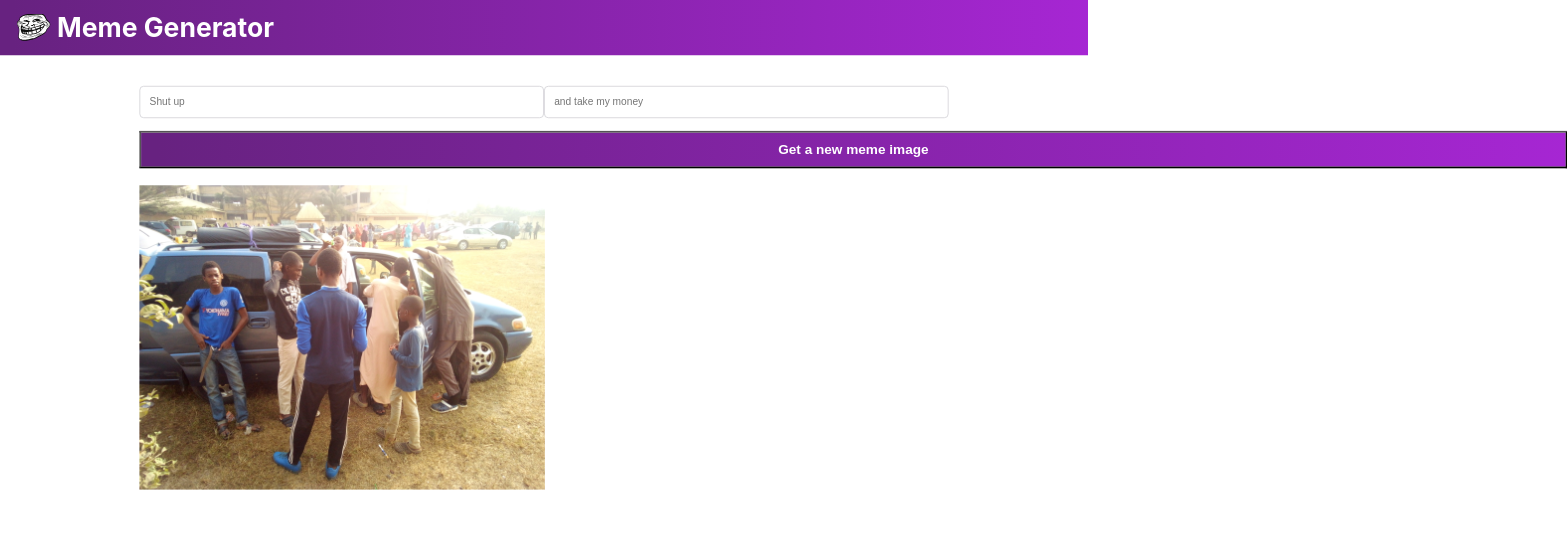
Repository: BuduCE/meme-generator
Page: /
An editor plug-in stored every save of this project. The page is shown before and after a run of saves, followed by the edit.
The browser window is 1280 px wide. The page is 1844 px wide, so the pictures cover 1844 px, including what lies to the right of the window. The pictures show the whole page, at 85% of full size.
The project was rebuilt for these pictures with package versions that can differ from the ones it lists, and the page was loaded fresh each time.

Above is the page before, as saved 2022-08-31 11:43:27.

### src/index.css
*{
  box-sizing: border-box;
  margin: 0;
  padding: 0;
}
body {
  margin: 0;
  font-family: -apple-system, BlinkMacSystemFont, 'Segoe UI', 'Roboto', 'Oxygen',
    'Ubuntu', 'Cantarell', 'Fira Sans', 'Droid Sans', 'Helvetica Neue',
    sans-serif;
  -webkit-font-smoothing: antialiased;
  -moz-osx-font-smoothing: grayscale;
}

code {
  font-family: source-code-pro, Menlo, Monaco, Consolas, 'Courier New',
    monospace;
}

### src/App.js
import './App.css';
import Meme from './components/Meme';
import Title from './components/Title';

function App() {

  return (
    <div className="App">
      <Title />
      <Meme />
    </div>
  );
}

export default App;

### src/components/Meme/index.jsx
import './styles.css'
import image from './image.jpg'
// import memesData from '../../memesData'

const Meme = () => {
    // const displayUrl =()=>{
    //     const memes = memesData.data.memes
    //     const urlLen = Math.floor(Math.random() * memes.length)
    //     const urlAddress = memes[urlLen].url
    //     alert(urlAddress)
    // }

    const thingsArray = ['Thing 1', 'Thing 2']
    const thingsElement = thingsArray.map( thing => <p key={thing}></p>)
    const displayThings = () => {
        const newText = `Thing ${thingsArray.length + 1}`
        thingsArray.push(newText)
        console.log(thingsArray)
    }

  return (
    <div className='form'>
        <div className="meme-txt">
            <input type="text" placeholder='Shut up' className='meme-input'/>
            <input type="text" placeholder='and take my money' className='meme-input'/>
        </div>

        <button className='meme-btn' onClick={displayThings}>Get a new meme image</button>

        {thingsElement}

        <img src={image} alt="" />
    </div>
  )
}

export default Meme

### src/components/Title/index.jsx
import './styles.css'
import TrollFace from './TrollFace.svg'

const Title = () => {
  return (
    <div className='Title'>
        <img src={TrollFace} alt="" />
        <h2>Meme Generator</h2>
    </div>
  )
}

export default Title

### src/components/Meme/styles.css
.form{
    padding: 36px;
    width: 80%;
    margin: auto;
}
.meme-txt{
    display: flex;
    justify-content: space-between;
    margin-bottom: 15px;
}
.meme-input{
    padding: 11px;
    font-size: 0.75rem;
    font-weight: 400;
    /* width: 14.375rem; */
    width: 40rem;
    border: 1px solid #D5D4D8;
    border-radius: 5px;
}
.meme-btn{
    /* width: 29.8rem; */
    width: 105rem;
    margin: auto;
    padding: 11px;
    color: #fff;
    font-size: 1rem;
    font-weight: 700;
    background: linear-gradient(90deg, #672280 1.18%, #A626D3 100%);
}
.form > img{
    width: 477px;
    margin: auto;
    margin-top: 20px;
}

### src/components/Title/styles.css
.Title{
    height: 65px;
    padding: 20px;
    background: linear-gradient(90deg, #672280 1.18%, #A626D3 100%);
    display: flex;
    align-items: center;
    font-size: 1.3rem;
    font-weight: 700;
    color: #fff;
}
.Title > img{
    width: 2.5rem;
    margin-right: 7px;
}

Loaded but not shown: public/index.html (common file); src/index.js (common file); src/reportWebVitals.js (common file); src/App.css (common file)

After the next 2 saves:
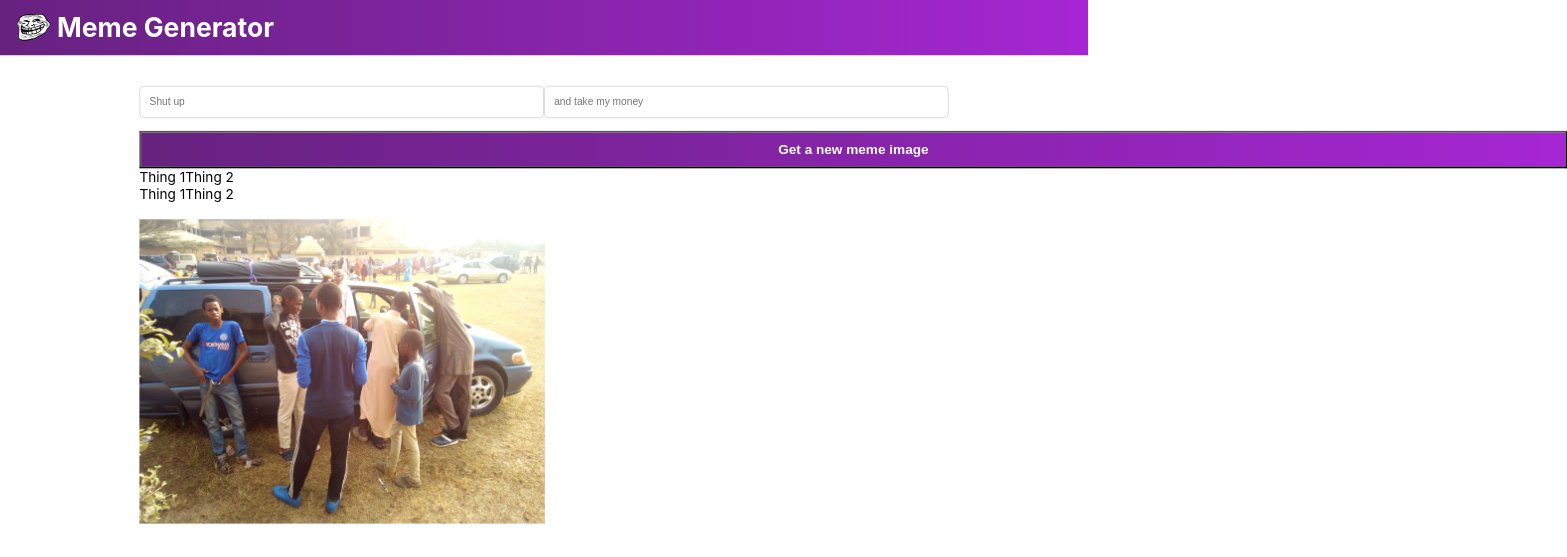
The 2 saves are shown as one change because they came seconds apart.
The last was saved 15 s later.
--- a/src/components/Meme/index.jsx
+++ b/src/components/Meme/index.jsx
@@ -11,7 +11,7 @@ const Meme = () => {
     // }
 
     const thingsArray = ['Thing 1', 'Thing 2']
-    const thingsElement = thingsArray.map( thing => <p key={thing}></p>)
+    const thingsElement = thingsArray.map( thing => <p key={thing}>{thingsArray}</p>)
     const displayThings = () => {
         const newText = `Thing ${thingsArray.length + 1}`
         thingsArray.push(newText)
